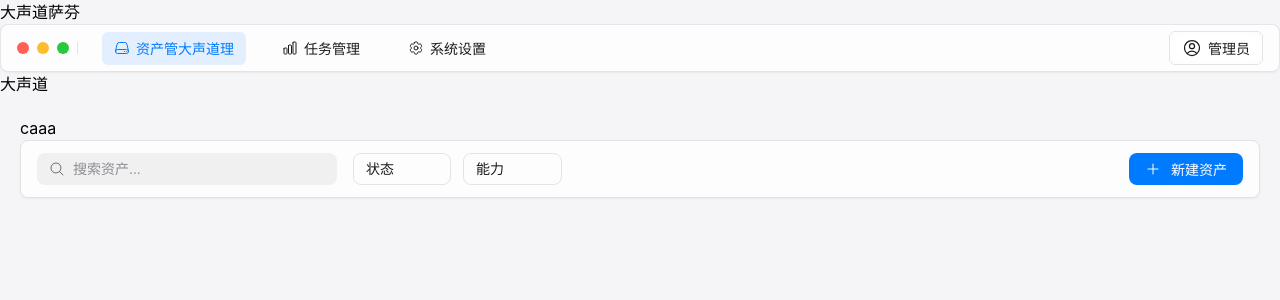
Repository: SmartRick/RLT
Page: / (app in fronted-ui/)
These files come from the project's save history. The page is drawn as it stood at one moment and after the next save; the edit follows.
The browser window is 1280 px wide. The pictures show the whole page.
The page's requests for data from a server got no answer. The project was rebuilt for these pictures with package versions that can differ from the ones it lists, and the page was loaded fresh each time. No one was signed in, and anything a server would have sent is missing. Also part of the build but not shown: fronted-ui/vite.config.js, fronted-ui/vue.config.js, fronted-ui/src/components/common/SwitchButton.vue, fronted-ui/src/views/Tasks.vue, fronted-ui/src/views/Settings.vue.

Above is the page before, as saved 2025-01-05 18:38:43.

After the next save:
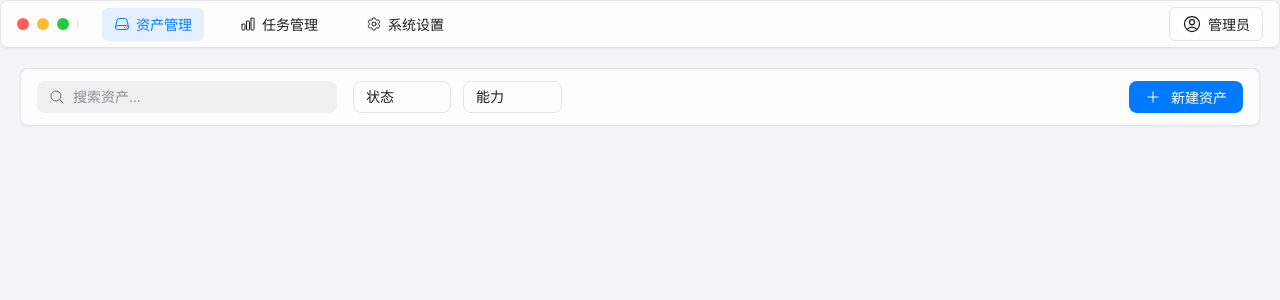
Saved 11 s later.
--- a/fronted-ui/src/components/layout/AppLayout.vue
+++ b/fronted-ui/src/components/layout/AppLayout.vue
@@ -1,6 +1,5 @@
 <template>
   <div class="app-layout">
-    大声道萨芬
     <header class="top-bar mac-card">
       <div class="left-section">
         <div class="window-controls">
@@ -29,9 +28,8 @@
         </button>
       </div>
     </header>
-大声道
+
     <main class="main-content">
-        caaa
       <router-view v-slot="{ Component }">
         <transition name="fade" mode="out-in">
           <keep-alive>
@@ -58,7 +56,7 @@ const currentPath = ref(route.path)
 
 // 路由配置
 const mainRoutes = [
-  { path: '/assets', name: '资产管大声道理', icon: ServerIcon },
+  { path: '/assets', name: '资产管理', icon: ServerIcon },
   { path: '/tasks', name: '任务管理', icon: ChartBarIcon },
   { path: '/settings', name: '系统设置', icon: Cog6ToothIcon }
 ]
